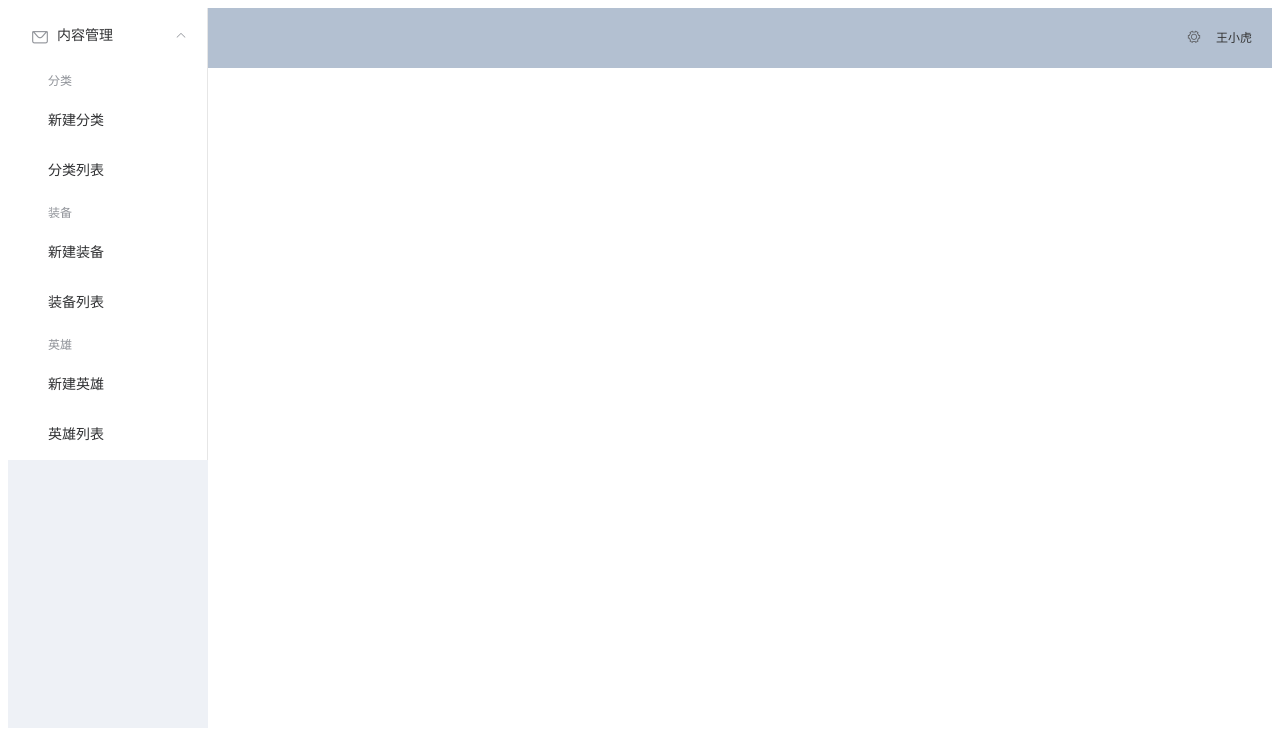
Repository: fish-zmy/wangzherongyao
Page: / (app in admin/)
The author's editor kept a copy of each file at every save. The page is drawn from the files as they stood at one save, then again after the next save.
The browser window is 1280 px wide. The pictures show the whole page.
The project was rebuilt for these pictures with package versions that can differ from the ones it lists, and the page was loaded fresh each time. Also part of the build but not shown: admin/vue.config.js, admin/src/views/CategoryEdit.vue, admin/src/views/CategoryList.vue, admin/src/views/ItemEdit.vue, admin/src/views/ItemList.vue, admin/src/views/HeroEdit.vue, admin/src/views/HeroList.vue.

Above is the page before, as saved 2020-06-18 16:17:01.

After the next save:
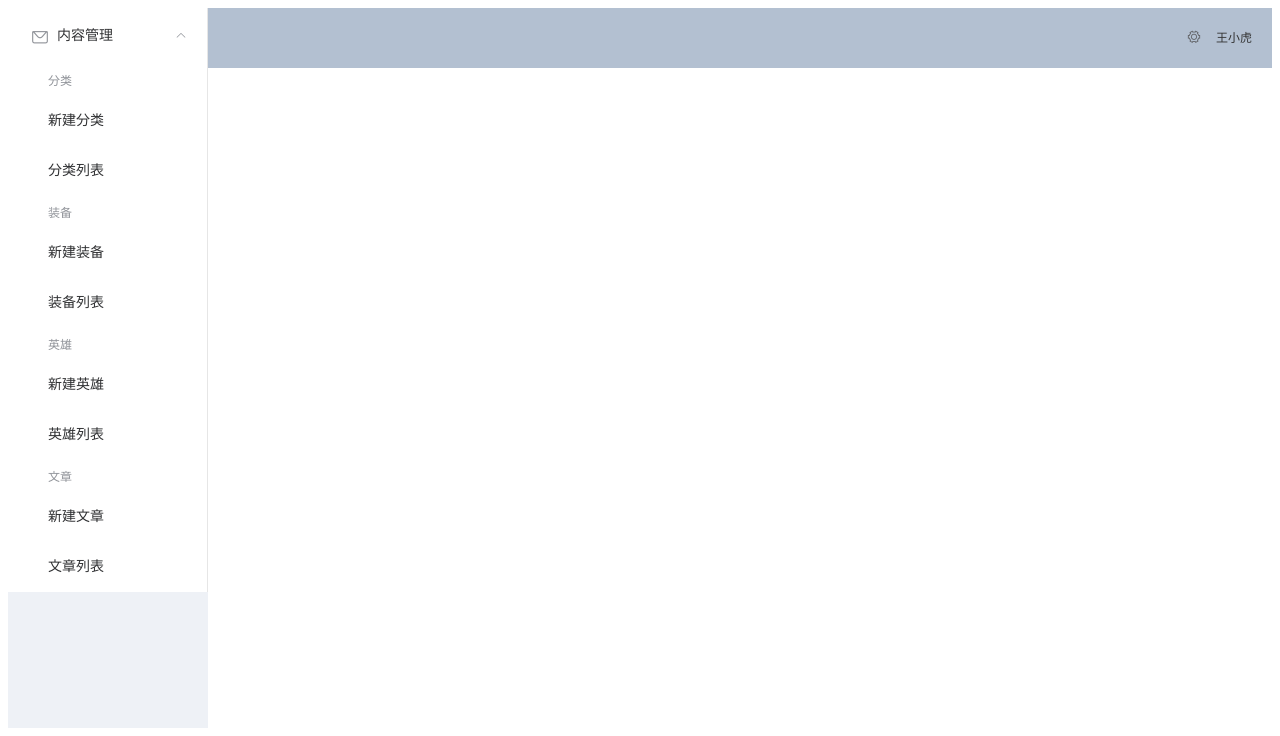
Saved 39 min 15 s later.
--- a/admin/src/views/Main.vue
+++ b/admin/src/views/Main.vue
@@ -20,6 +20,11 @@
             <template slot="title">英雄</template>
             <el-menu-item index="/heroes/create">新建英雄</el-menu-item>
             <el-menu-item index="/heroes/list">英雄列表</el-menu-item>
+          </el-menu-item-group>
+          <el-menu-item-group>
+            <template slot="title">文章</template>
+            <el-menu-item index="/articles/create">新建文章</el-menu-item>
+            <el-menu-item index="/articles/list">文章列表</el-menu-item>
           </el-menu-item-group>
         </el-submenu>
       </el-menu>
